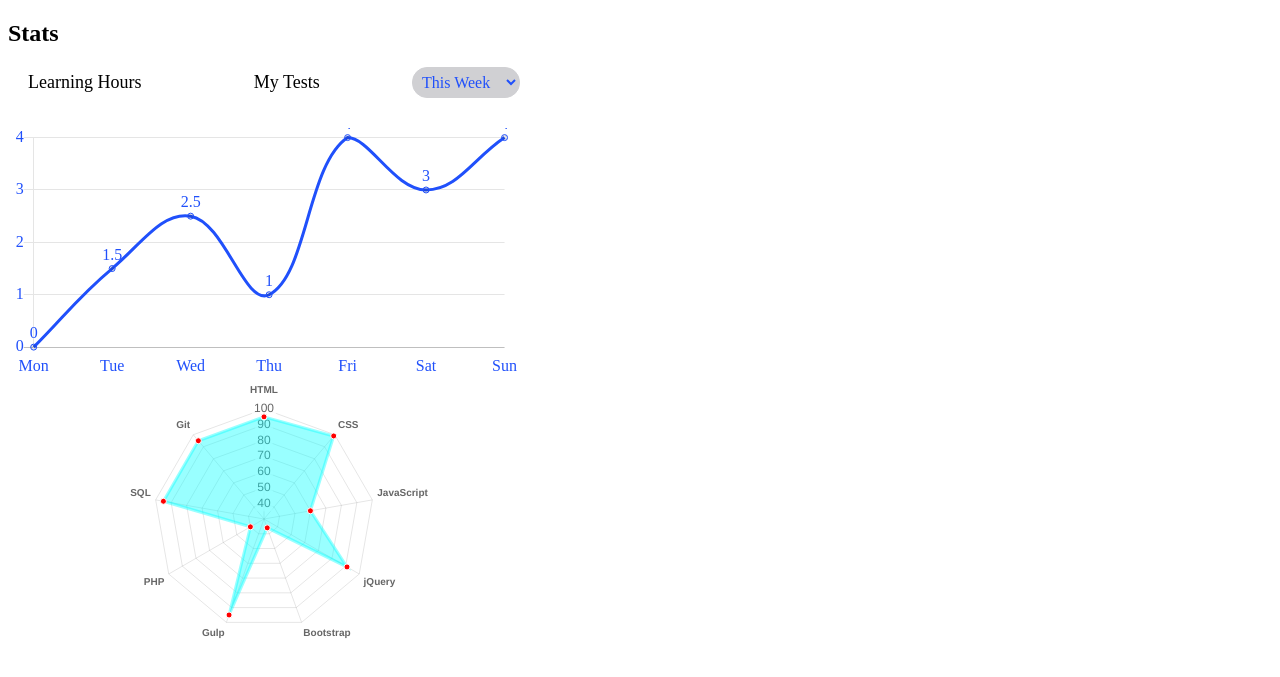
Repository: rafalzacher1/smartify-interface
Page: graphs/learning_graph.html
An editor plug-in stored every save of this project. The page is shown before and after the next save, followed by the edit.
The browser window is 1280 px wide. The pictures show the whole page.
Some web fonts or font styles are not loaded; a fallback is used. Some web libraries are served in a nearby version.

Above is the page before, as saved 2022-06-30 01:23:52.

### graphs/learning_graph.html
<!DOCTYPE html>
<html lang="en">

<head>
    <script src="https://cdnjs.cloudflare.com/ajax/libs/Chart.js/2.4.0/Chart.min.js"></script>
    <link rel="stylesheet" href="./styles/learning_hours.css">
    <link href='https://fonts.googleapis.com/css?family=Baloo Bhai' rel='stylesheet'>
</head>

<body>
    <div class="stats-container">
        <div class="stats-options-container">
            <h2>Stats</h2>

            <div id="stats-options">
                <button class="stat-option" onclick="showLearningHoursGraph()">Learning Hours</button>
                <button class="stat-option" onclick="showTestsGraph()">My Tests</button>

                <select id="graphs">
                    <option value="">This Week</option>
                    <option value="">This Month</option>
                </select>
            </div>
        </div>

        <canvas id="learning-hours"></canvas>
        <canvas id="tests"></canvas>
    </div>

    <script src="./scripts/learningHours.js"></script>
    <script src="./scripts/tests.js"></script>
</body>

<script>
    function showLearningHoursGraph() {
        document.getElementById("learning-hours").style.display="block";
        document.getElementById("tests").style.display="none";
    }

    function showTestsGraph() {
        document.getElementById("learning-hours").style.display="none";
        document.getElementById("tests").style.display="block";
    }
</script>

</html>

### graphs/styles/learning_hours.css
.stats-container {
  position: relative;
  width: 40vw;
}

.stats-options-container {
    margin-bottom: 30px;
}

#stats-options {
  display: flex;
  justify-content: space-between;
  font-family: "Baloo Bhai";
  font-size: 16px;
}

.stat-option,
input[type="submit"],
input[type="reset"] {
  background: none;
  color: inherit;
  border: none;
  padding: 0;
  font: inherit;
  cursor: pointer;
  outline: inherit;
  width: 30%;
  font-family: "Baloo Bhai";
  font-size: 18px;
}

#graphs select {
  font-family: "Baloo Bhai";
  font-size: 26px;
  border: 1px solid #D0D0D3;
}
#graphs {
  font-family: "Baloo Bhai";
  font-size: 16px;
  color: #2050FB;
  padding: 5px;
  border: 1px solid #D0D0D3;
  border-radius: 15px;
  overflow: hidden;
  background: #D0D0D3;
}

### graphs/scripts/learningHours.js
// Data define for bar chart
var learningData = {
    labels: ["Mon", "Tue", "Wed", "Thu", "Fri", "Sat", "Sun"],
    datasets: [{
        fill: false,
        borderColor: "#2050FB",
        data: [0, 1.5, 2.5, 1, 4, 3, 4]
    }]
};
// Options to display value on top of bars
var learningOption = {
    legend: { display: false },
    scales: {
        xAxes: [{
            ticks: {
                fontColor: "#2050FB",
                fontSize: 16,
                fontFamily: "Baloo Bhai",
                stepSize: 1,
                beginAtZero: true
            },
            gridLines: {
                display: false
            }
        }],
        yAxes: [{
            ticks: {
                fontColor: "#2050FB",
                fontSize: 16,
                fontFamily: "Baloo Bhai",
                stepSize: 1,
                beginAtZero: true
            }
        }]
    },
    tooltips: {
        enabled: true
    },
    hover: {
        animationDuration: 0.1
    },
    animation: {
        duration: 1,
        onComplete: function () {
            var chartInstance = this.chart,
                ctx = chartInstance.ctx;
            ctx.textAlign = 'center';
            ctx.fillStyle = "#2050FB";
            ctx.textBaseline = 'bottom';
            this.data.datasets.forEach(function (dataset, i) {
                var meta = chartInstance.controller.getDatasetMeta(i);
                meta.data.forEach(function (bar, index) {
                    var data = dataset.data[index];
                    ctx.fillText(data, bar._model.x, bar._model.y - 5);
                    // console.log(dataset.data[index]);
                    // dataset.data[index] = dataset.data[index]+"H";
                    // console.log(dataset.data[index]);
                });
            });
        }
    }
};

//Code to drow Chart
var ctx = document.getElementById('learning-hours').getContext('2d');
var LearningHoursChar = new Chart(ctx, {
    type: 'line',    	// Define chart type
    data: learningData,    	// Chart data
    options: learningOption 	// Chart Options [This is optional paramenter use to add some extra things in the chart].
});

### graphs/scripts/tests.js
var labels = [
  "HTML",
  "CSS",
  "JavaScript",
  "jQuery",
  "Bootstrap",
  "Gulp",
  "PHP",
  "SQL",
  "Git",
];

var ctx = document.getElementById("tests");
var data = {
  labels: labels,
  datasets: [
    {
      defaultFontColor: "red",
      backgroundColor: "rgba(0,255,255,.4)",
      borderColor: "rgba(0,255,255,.4)",
      pointBackgroundColor: "red",
      pointBorderColor: "#fff",
      lineTension: 0,
      pointHoverBackgroundColor: "#fff",
      pointHoverBorderColor: "rgba(179,181,198,1)",
      data: [95, 99, 60, 91, 36, 95, 40, 95, 95],
    },
  ],
};
var myRadarChart = new Chart(ctx, {
  type: "radar",
  data: data,
  options: {
    legend: { display: false },
    responsive: true,
    scale: {
      reverse: false,
      pointLabels: {
        fontStyle: "bold",
      },
      ticks: {
        // defaultFontSize: true
      },
    },
  },
});

After the next save:
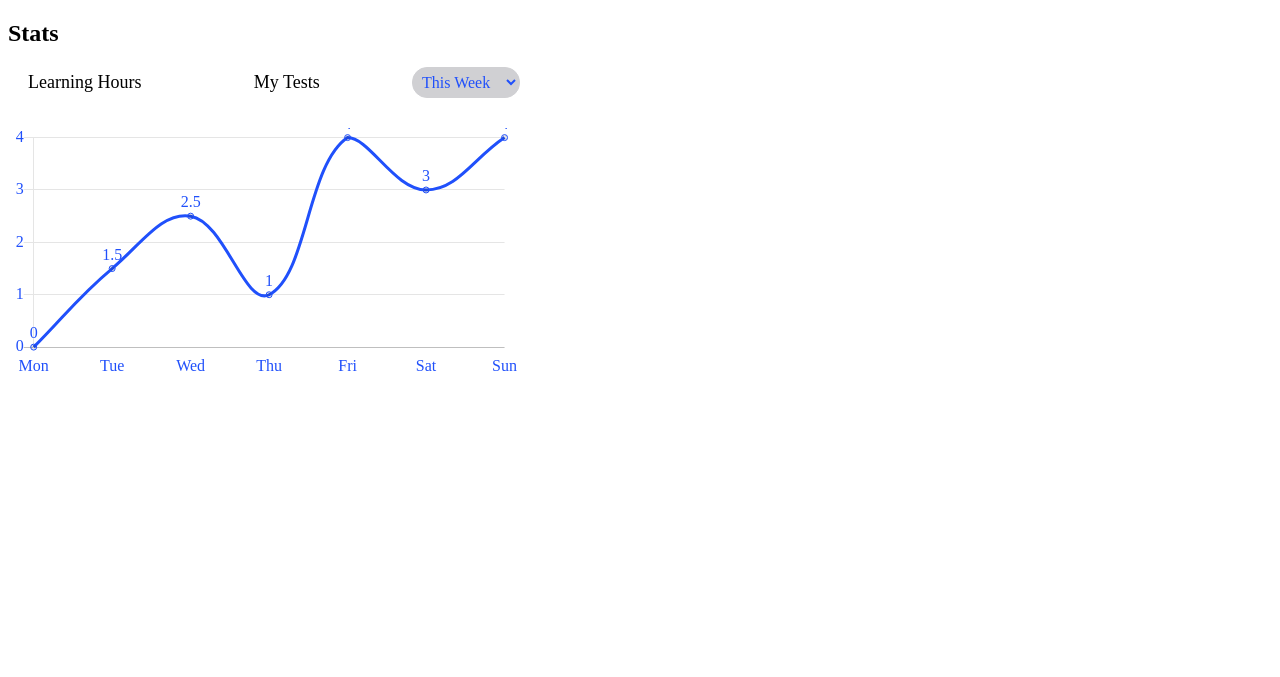
Console error: SyntaxError: Unexpected token 'var'
Saved 17 s later.
--- a/graphs/scripts/tests.js
+++ b/graphs/scripts/tests.js
@@ -9,6 +9,8 @@
   "SQL",
   "Git",
 ];
+
+var data =
 
 var ctx = document.getElementById("tests");
 var data = {

After the 3 saves that followed:
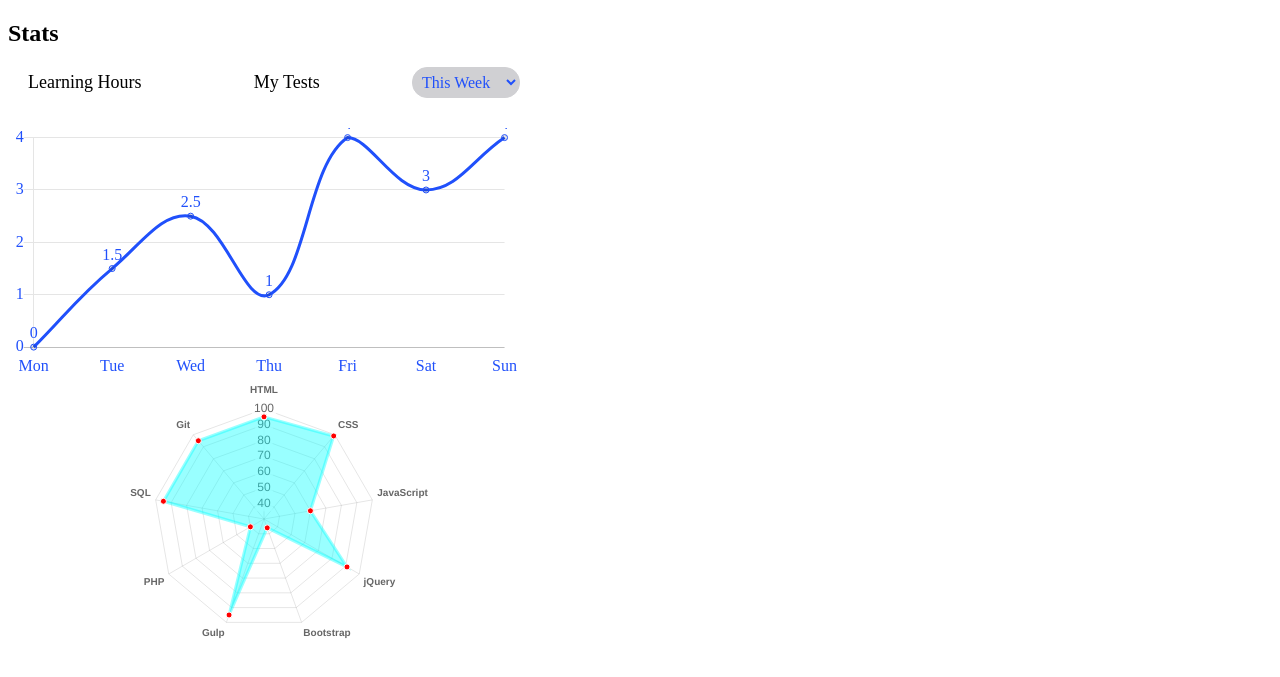
The error is gone.
The 3 saves are shown as one change because they came seconds apart.
The last was saved 10 s later.
--- a/graphs/scripts/tests.js
+++ b/graphs/scripts/tests.js
@@ -10,7 +10,7 @@
   "Git",
 ];
 
-var data =
+var data = [95, 99, 60, 91, 36, 95, 40, 95, 95];
 
 var ctx = document.getElementById("tests");
 var data = {
@@ -25,7 +25,7 @@
       lineTension: 0,
       pointHoverBackgroundColor: "#fff",
       pointHoverBorderColor: "rgba(179,181,198,1)",
-      data: [95, 99, 60, 91, 36, 95, 40, 95, 95],
+      data: data,
     },
   ],
 };
